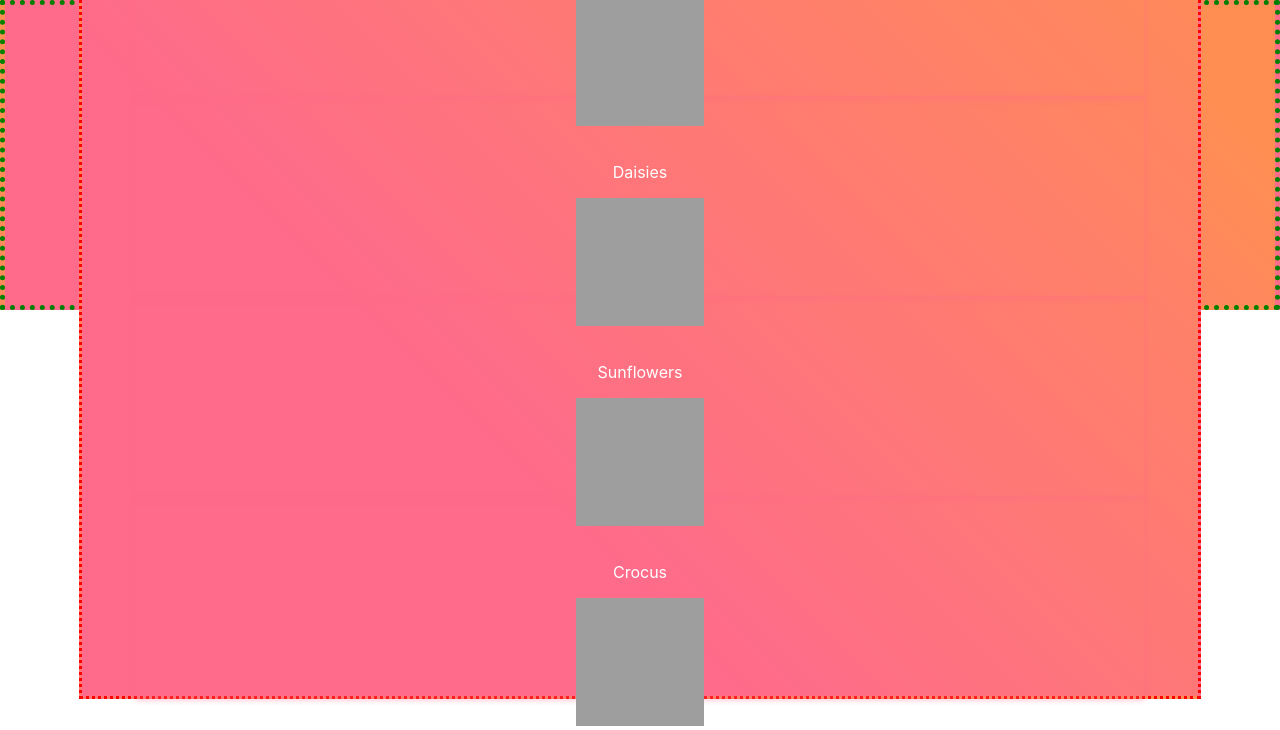
Repository: DevLuDaley/react-flower-shop
Page: /
These files come from the project's save history. The page is drawn as it stood at one moment and after the next save; the edit follows.
The browser window is 1280 px wide. The pictures show the whole page.
Pictures or frames that could not be fetched are drawn as grey boxes. The project was rebuilt for these pictures with package versions that can differ from the ones it lists, and the page was loaded fresh each time.

Above is the page before, as saved 2021-02-19 22:09:54.

### src/App.js
// import './App.css';
import Grid from '@material-ui/core/Grid';
import Container from '@material-ui/core/Container';
import { makeStyles } from '@material-ui/core/styles';

// // or
// import { Grid } from '@material-ui/core';
//  import FlowerGallery from './components/FlowerGallery'
 import FlowersContainer from './Containers/FlowersContainer'


const useStyles = makeStyles({
  root: {
    background: 'linear-gradient(45deg, #FE6B8B 30%, #FF8E53 90%)',
    display: 'flex',
    justifyContent: 'center',
    alignItems: 'center',
    textAlign: 'center',
    height: '200px',
    border: '5px dotted green',
    padding: '50px'
  },
});

function App() {
  const classes = useStyles();
  return (
    <Grid className={classes.root}>
      <Container>
      <FlowersContainer/>
        {/* <FlowerGallery/> */}
      </Container>
    </Grid>
  );
}

export default App;

### src/Containers/FlowersContainer.js
import React from 'react';
import Grid from '@material-ui/core/Grid';
import Container from '@material-ui/core/Container';
import { makeStyles } from '@material-ui/core/styles';


import FlowerGallery from '../components/FlowerGallery'


const useStyles = makeStyles({
  root: {
    background: 'linear-gradient(45deg, #FE6B8B 30%, #FF8E53 90%)',
    // border: 0,
    // borderRadius: 3,
    // boxShadow: '0 3px 5px 2px rgba(255, 105, 135, .3)',
    // color: 'white',
    // height: "auto",
    padding: '0 30px',
    // display: 'flex',
    justifyContent: 'center',
    alignItems: 'center',
    textAlign: 'center',
    // height: '200px',
    border: '3px dotted red'
  },
});


const FlowersContainer = () => {
    const classes = useStyles();
    return (

        <Grid>
            <Container className={classes.root}>
                <FlowerGallery/>
            </Container>
        </Grid>


     );
}

export default FlowersContainer;

### src/components/FlowerGallery.js
import React from 'react';
import { makeStyles } from '@material-ui/core/styles';

// import FlowerGalleryStyles from './FlowerGalleryStyles'
// import Button from materialmaterial
import Button from '@material-ui/core/Button';
import Container from '@material-ui/core/Container';

// const useStyles = makeStyles({
//   root: {
//     background: 'linear-gradient(45deg, #FE6B8B 30%, #FF8E53 90%)',
//     border: 0,
//     borderRadius: 3,
//     boxShadow: '0 3px 5px 2px rgba(255, 105, 135, .3)',
//     color: 'white',
//     // height: 48,
//     padding: '0 30px',
//     margin: '15 0'
//   },
// });

const useStyles = makeStyles({
  root: {
    // background: 'linear-gradient(45deg, #FE6B8B 30%, #FF8E53 90%)',
    // border: 0,
    borderRadius: 3,
    boxShadow: '0 3px 5px 2px rgba(255, 105, 135, .3)',
    color: 'white',
    height: 100,
    padding: '50px 30px',
    margin: '50',
    display: 'block'
  },
});

const FlowerGallery = () => {
      const classes = useStyles();
    // const classes = FlowerGalleryStyles()

const flowerList = [
  {
    id: 1,
    name: 'Red Roses',
    imageUrl: 'https://images.unsplash.com/photo-1548094967-e25a127d1f6d?ixid=MXwxMjA3fDB8MHxwaG90by1wYWdlfHx8fGVufDB8fHw%3D&ixlib=rb-1.2.1&auto=format&fit=crop&w=1137&q=80',
    rating: 5,
    alt: 'red-roses'},
  {
    id: 2,
    name: 'Tulips',
    imageUrl: 'https://images.unsplash.com/photo-1610444028097-40d9858bb44f?ixid=MXwxMjA3fDB8MHxwaG90by1wYWdlfHx8fGVufDB8fHw%3D&ixlib=rb-1.2.1&auto=format&fit=crop&w=1234&q=80',
    rating: 4,
    alt: 'tulips'},
  {
    id: 3,
    name: 'Daisies',
    imageUrl: 'https://images.unsplash.com/photo-1607061868914-e38515be98cb?ixid=MXwxMjA3fDB8MHxwaG90by1wYWdlfHx8fGVufDB8fHw%3D&ixlib=rb-1.2.1&auto=format&fit=crop&w=1091&q=80',
    rating: 4,
    alt: ''},

  {
    id: 4,
    name: 'Sunflowers',
    imageUrl: 'https://images.unsplash.com/photo-1598459832065-1e43b2283799?ixid=MXwxMjA3fDB8MHxzZWFyY2h8Nnx8c3VuZmxvd2VyJTIwYm9xdWV0fGVufDB8fDB8&ixlib=rb-1.2.1&auto=format&fit=crop&w=1200&q=60',
    rating: 5,
    alt: ''},
  {
    id: 5,
    name: 'Crocus',
    imageUrl: 'https://images.unsplash.com/photo-1488979246948-f4b573b1fae8?ixid=MXwxMjA3fDB8MHxwaG90by1wYWdlfHx8fGVufDB8fHw%3D&ixlib=rb-1.2.1&auto=format&fit=crop&w=1350&q=80',
    rating: 5,
    alt: ''}

]

    return (
        <Container>
        <h1>This is a flower Gallery</h1>
        <section>
        {flowerList ? flowerList.map(flower =>
          <div className={classes.root}>
              <p>{flower.name}</p>
              <img src={flower.imageUrl} alt={flower.alt} style={{width:"128px", height: "128px"}}></img>
          </div>
        )
        : <p className="no-data-message"> No Flowers Yet</p>
        }


        </section>
        {/* <Button className={classes.root}>Hook</Button>
        <Button variant="contained" color="primary">Hook</Button> */}
      </Container>
      );
}

export default FlowerGallery;
// FlowerGalleryStyles

Loaded but not shown: public/index.html (common file); src/index.js (common file); src/index.css (common file); src/reportWebVitals.js (common file)

After the next save:
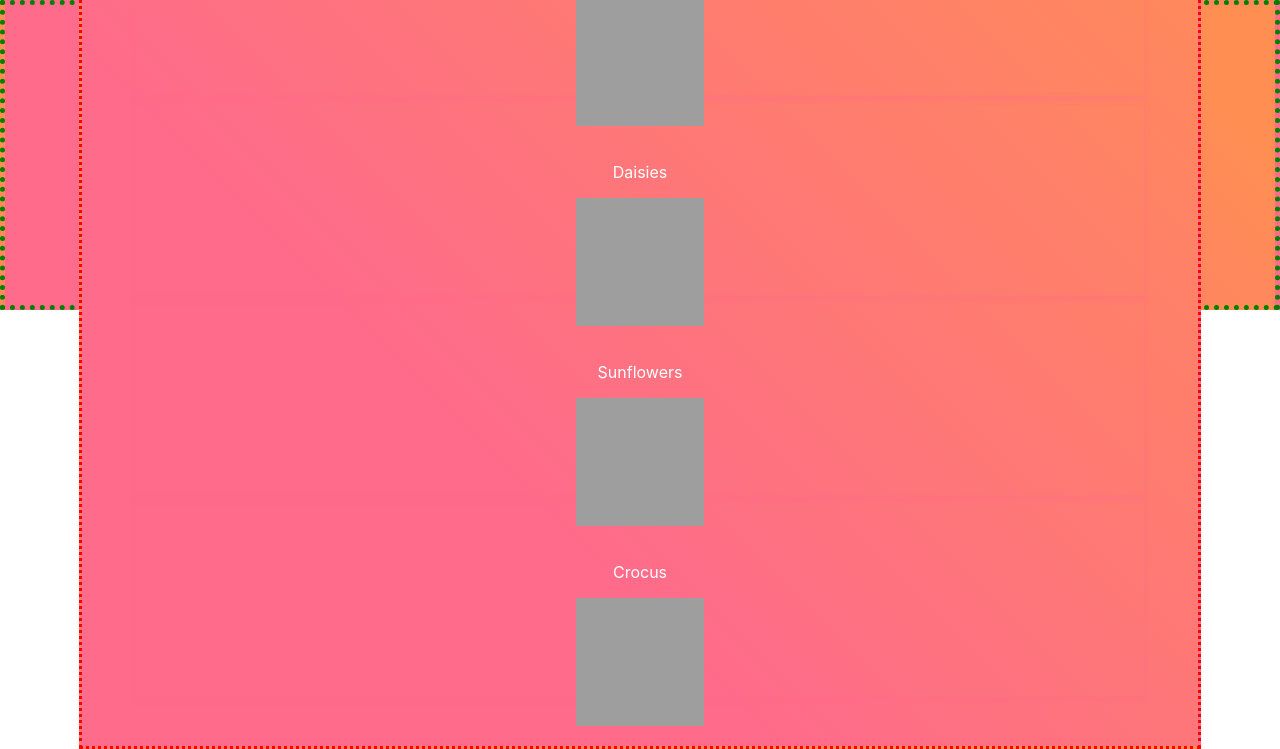
Saved 5 s later.
--- a/src/Containers/FlowersContainer.js
+++ b/src/Containers/FlowersContainer.js
@@ -15,7 +15,7 @@ const useStyles = makeStyles({
     // boxShadow: '0 3px 5px 2px rgba(255, 105, 135, .3)',
     // color: 'white',
     // height: "auto",
-    padding: '0 30px',
+    padding: '50px 30px',
     // display: 'flex',
     justifyContent: 'center',
     alignItems: 'center',
